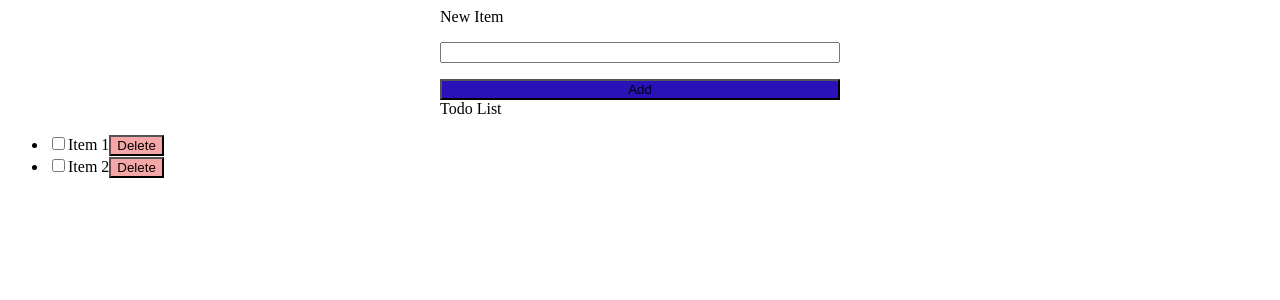
Repository: emmanuel2011-program/react-to-do-list
Page: /
An editor plug-in stored every save of this project. The page is shown before and after a run of saves, followed by the edit.
The browser window is 1280 px wide. The pictures show the whole page.
The project was rebuilt for these pictures with package versions that can differ from the ones it lists, and the page was loaded fresh each time. Also part of the build but not shown: vite.config.js.

Above is the page before, as saved 2025-11-03 10:06:55.

After the next 2 saves:
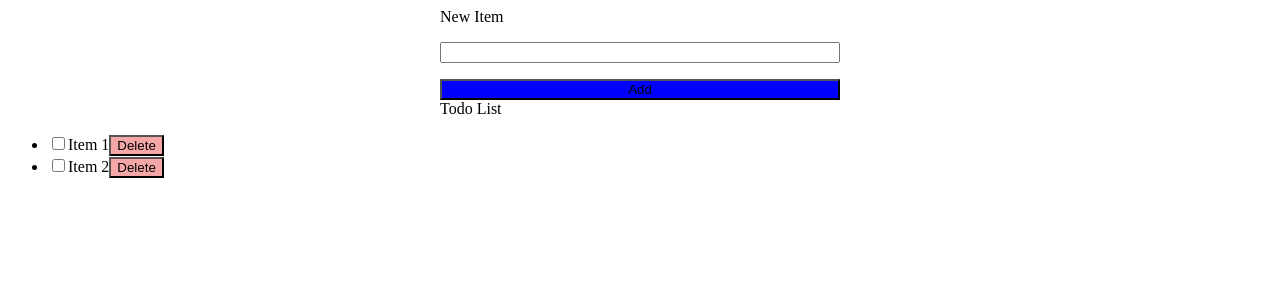
The 2 saves are shown as one change because they came seconds apart.
The last was saved 9 s later.
--- a/src/styles.css
+++ b/src/styles.css
@@ -11,7 +11,7 @@
     background-color: rgb(245, 167, 167);
 }
 .btn {
-    background-color: rgb(41, 19, 184);
+    background-color: blue;
 }
 
 .form-row {
